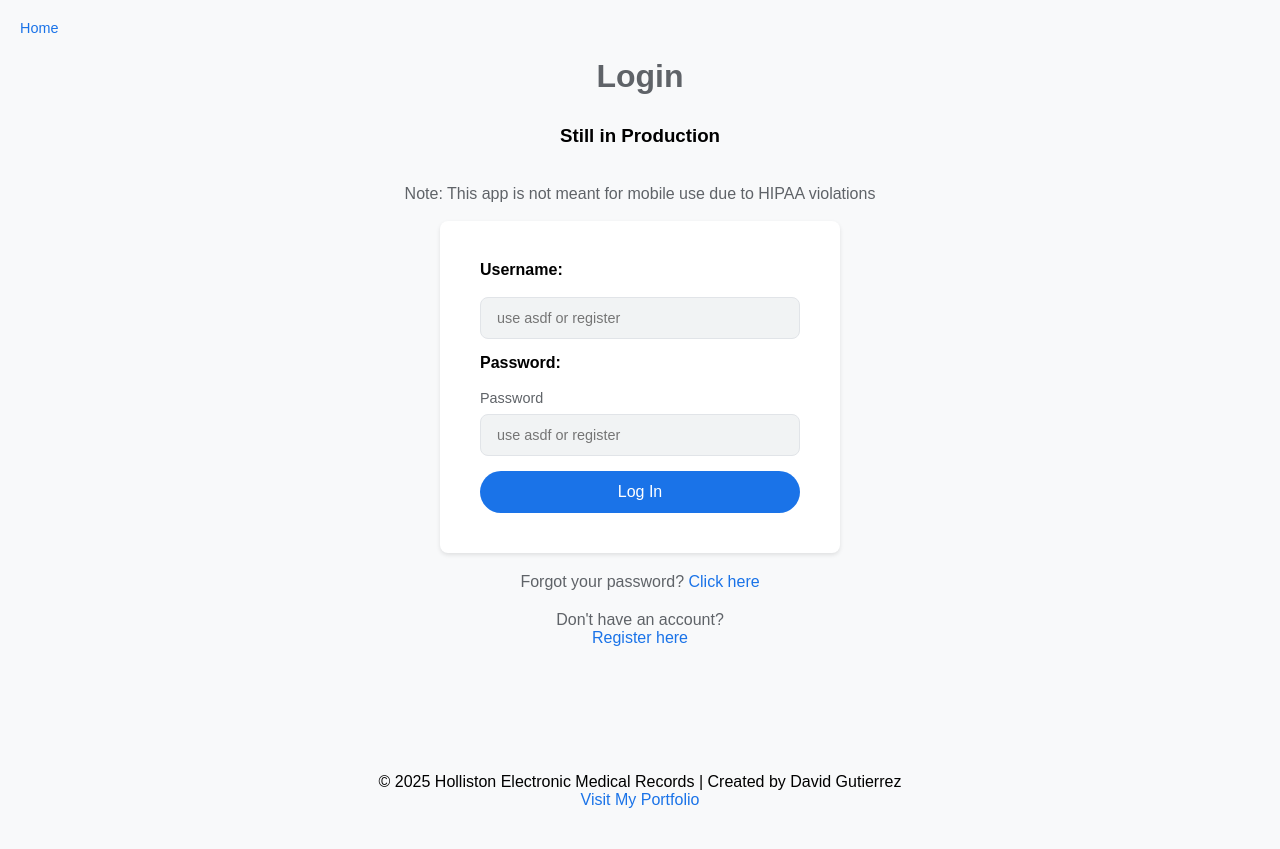
Repository: DavidG626/Flask-Project
Page: http://localhost/login?next=%2Fcpt%2Fcpt_codes
An editor plug-in stored every save of this project. The page is shown before and after the next save, followed by the edit.
The browser window is 1280 px wide. The pictures show the whole page.
The page is served by the project's application, run on Flask 3 (tempCodeRunnerFile.py).

Above is the page before, as saved 2025-03-11 12:24:57.

After the next save:
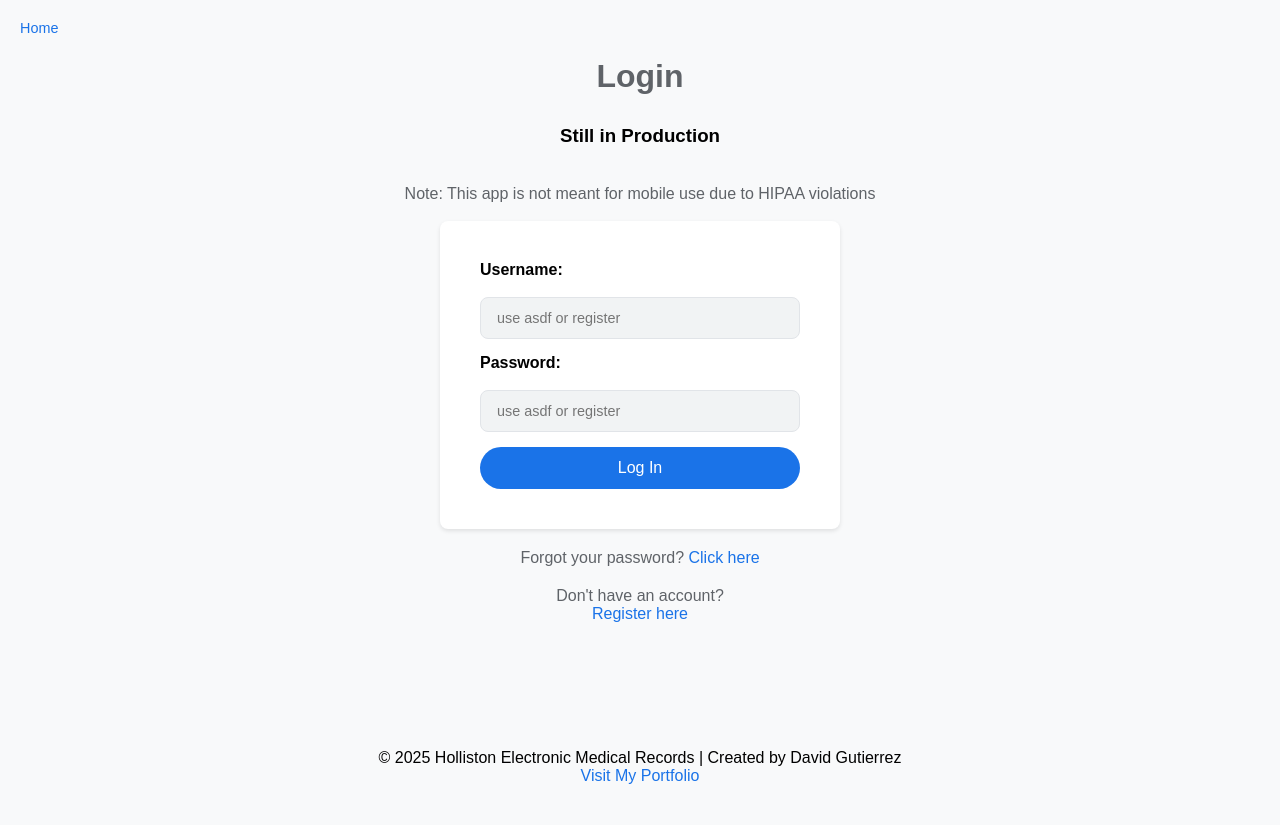
Saved 6 s later.
--- a/templates/login.html
+++ b/templates/login.html
@@ -41,7 +41,7 @@
          <!-- Render Password Field -->
          <h4>Password:</h4>
          <div><br>
-            {{ form.password.label(class="form-label") }}
+
             {{ form.password(class="form-input", placeholder="use asdf or register") }}
 
         </div>
